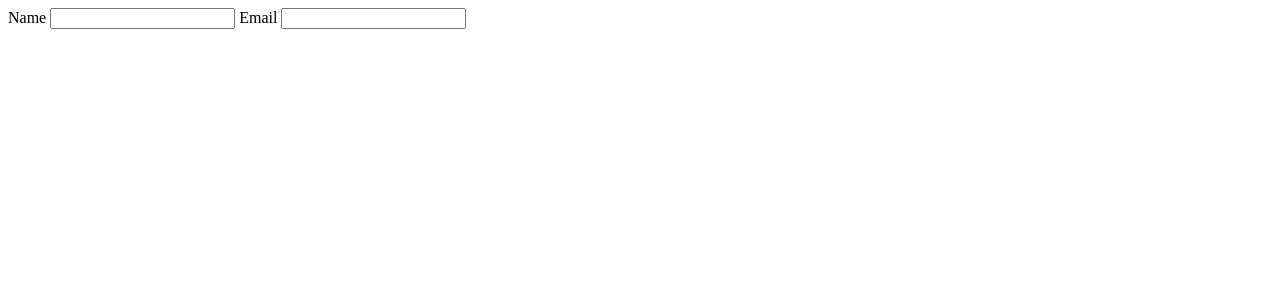
Repository: obusakthi539/Loginform
Page: Login.html
An editor plug-in stored every save of this project. The page is shown before and after a run of saves, followed by the edit.
The browser window is 1280 px wide. The pictures show the whole page.

Above is the page before, as saved 2025-01-10 17:27:03.

### Login.html
<!DOCTYPE html>
<html lang="en">
<head>
    <meta charset="UTF-8">
    <meta name="viewport" content="width=device-width, initial-scale=1.0">
    <title>Document</title>
</head>
<body>
    <div>
        <form action=""></form>
        <label for="">Name</label>
        <input type="text">
        <label for="">Email</label>
        <input type="text">
    </div>
</body>
</html>

After the next 4 saves:
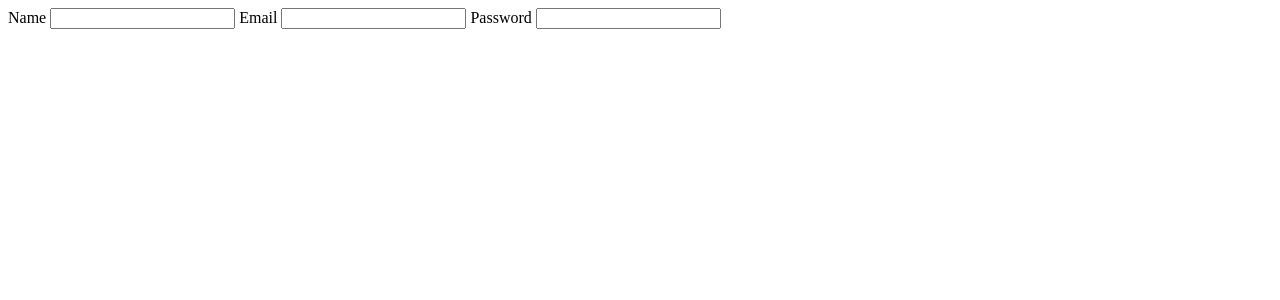
The 4 saves are shown as one change because they came seconds apart.
The last was saved 13 s later.
--- a/Login.html
+++ b/Login.html
@@ -12,6 +12,8 @@
         <input type="text">
         <label for="">Email</label>
         <input type="text">
+        <label for="">Password</label>
+        <input type="text">
     </div>
 </body>
 </html>
